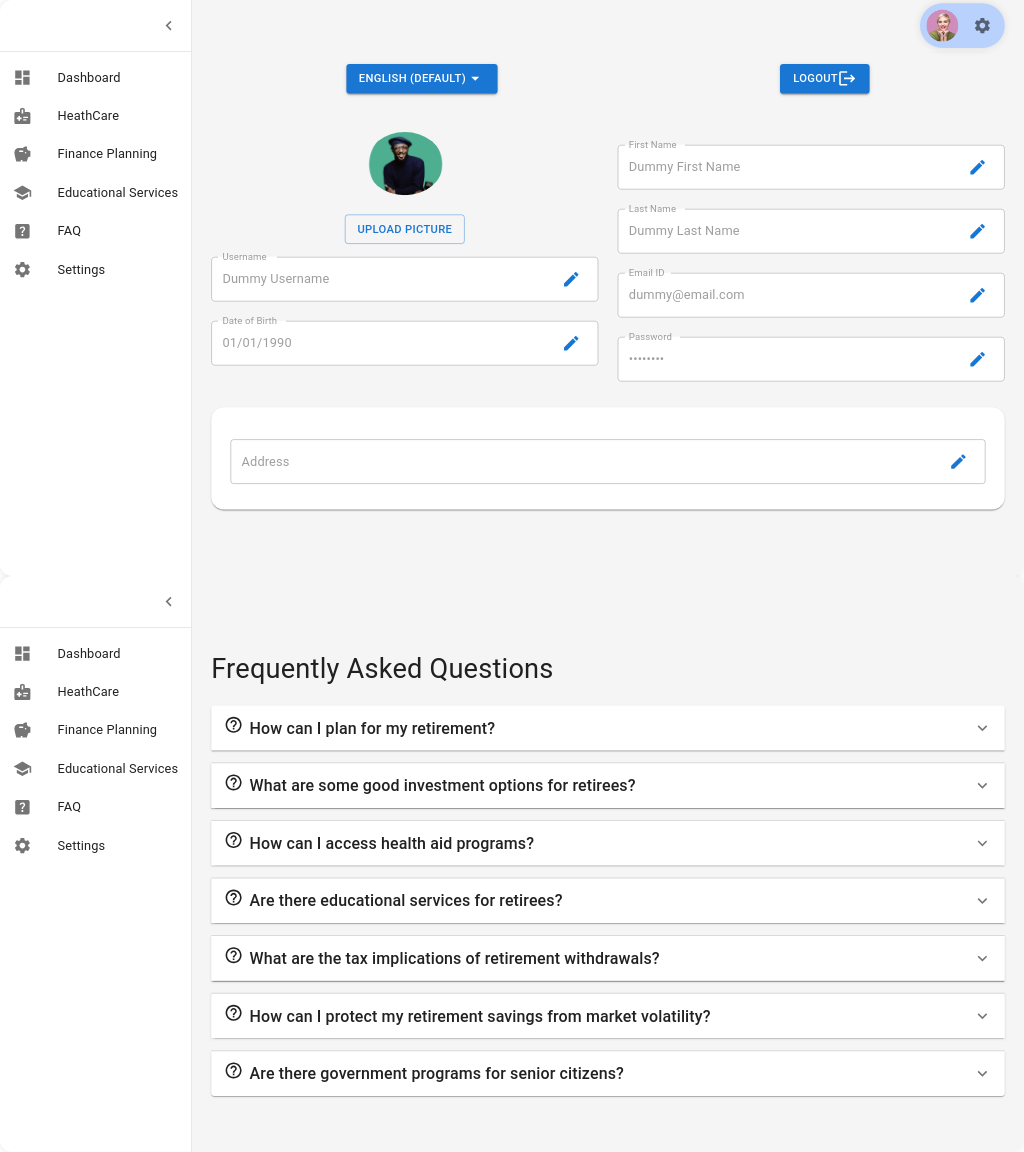
Repository: shubhampirate/TIAA_Retirement_hackathon
Page: /health
The author's editor kept a copy of each file at every save. The page is drawn from the files as they stood at one save, then again after the next save.
The browser window is 1280 px wide. The pictures show the whole page, at 80% of full size.
The project was rebuilt for these pictures with package versions that can differ from the ones it lists, and the page was loaded fresh each time. Also part of the build but not shown: src/Components/CustomButton.jsx, src/Components/Navbar.jsx, src/Components/Properties.jsx, src/Components/Footer.jsx, src/Components/Hero.jsx, src/pages/Sign_In.jsx, src/Components/GaugeChart.jsx, src/Components/Deposits.jsx and 4 more.

Above is the page before, as saved 2023-11-16 00:33:57.

After the next save:
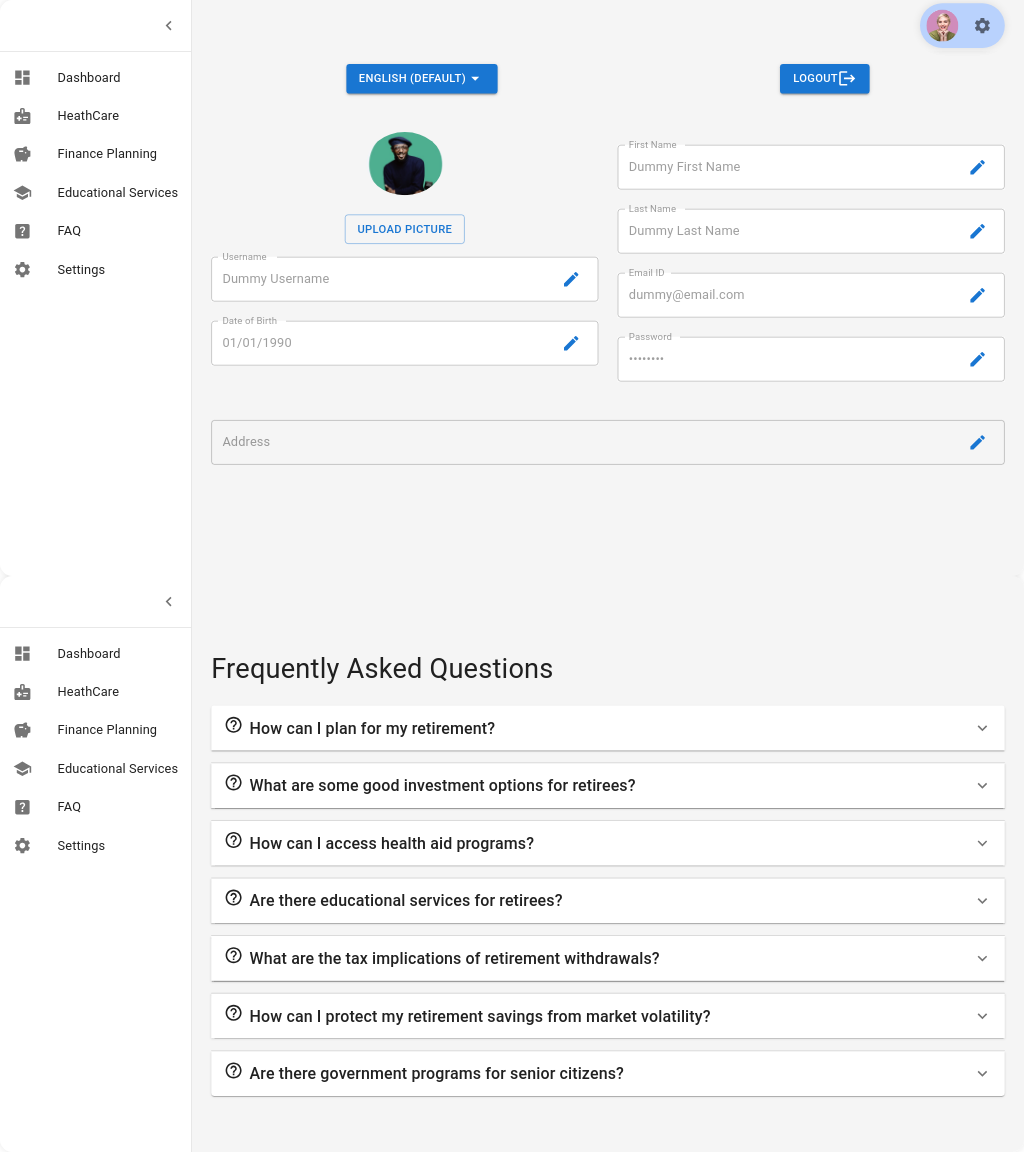
Saved 78 s later.
--- a/src/Components/Settings.jsx
+++ b/src/Components/Settings.jsx
@@ -428,7 +428,7 @@ export default function Settings() {
             {/* </Paper> */}
           </Grid>
           <Grid item xs={12}>
-            <Paper sx={{ p: 3, borderRadius: '16px' }}>
+            {/* <Paper sx={{ p: 3, borderRadius: '16px' }}> */}
               <Box sx={{ display: 'flex', flexDirection: 'column', alignItems: 'center' }}>
                 <TextField
                   label="Address"
@@ -447,7 +447,7 @@ export default function Settings() {
                   }}
                 />
               </Box>
-            </Paper>
+            {/* </Paper> */}
           </Grid>
         </Grid>
       </Container>
